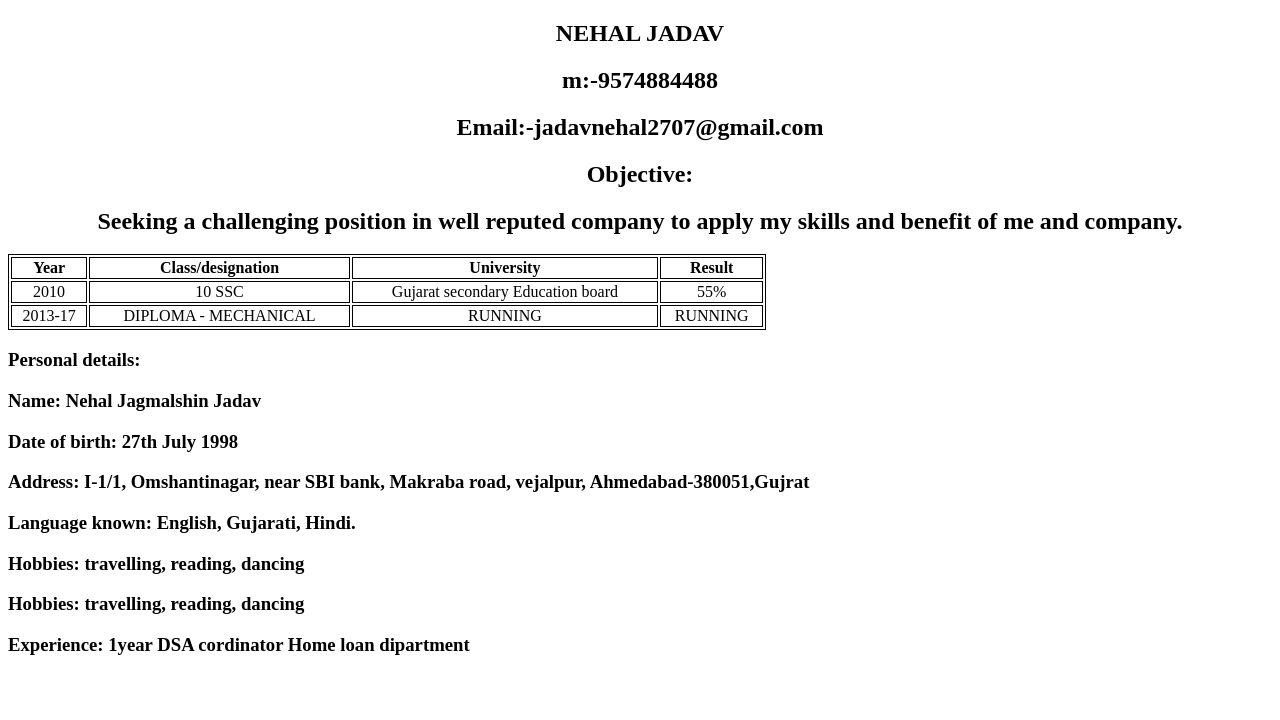
Repository: pratixa-chauhan/practice
Page: resume.html
These files come from the project's save history. The page is drawn as it stood at one moment and after the next save; the edit follows.
The browser window is 1280 px wide. The pictures show the whole page.

Above is the page before, as saved 2021-12-21 10:56:43.

### resume.html
<!DOCTYPE html>
<html><style>
    body {
      background-color: white;
    }

    h2 {
      color: black;
      text-align: center;
    }

    p {
      font-family: verdana;
      font-size: 20px;
    }
    </style>
    </head>
    <body>


    <h2>NEHAL JADAV</h2>
    <h2> m:-9574884488</h2>
    <h2>Email:-jadavnehal2707@gmail.com</h2>
    <tr>
    <h2>Objective:
    </h2>
    <h2> Seeking a challenging position in well reputed company to       apply my skills and benefit of me and company.</h2>
</tr>
    <style>
        table, th, td {
          border:1px solid black;text-align: center;
        }
        </style>
        <body>



        <table style="width:60% ">
          <tr>
            <th>Year</th>
            <th>Class/designation</th>
            <th>University</th>
            <th>Result</th>
          </tr>
          <tr>
            <td>2010</td>
            <td>10 SSC</td>
            <td>Gujarat secondary
                Education board</td>
                <td>55%</td>
          </tr>
          <tr>
            <td>2013-17</td>
            <td>DIPLOMA -
                MECHANICAL</td>
            <td>RUNNING</td>
            <td>RUNNING</td>
          </tr>

        </table>
        <h3>Personal details:
        </h3>
        <h3>Name: Nehal Jagmalshin Jadav
        </h3>
        <h3>Date of birth: 27th July 1998
        </h3>
        <h3>Address: I-1/1, Omshantinagar, near SBI bank, Makraba road, vejalpur, Ahmedabad-380051,Gujrat
        </h3>
        <h3>Language known: English, Gujarati, Hindi.
        </h3>
        <h3>Hobbies: travelling, reading, dancing
        </h3>
        <h3>Hobbies: travelling, reading, dancing
        </h3>
        <h3>Experience: 1year DSA cordinator Home loan dipartment
        </h3>




</html>

After the next save:
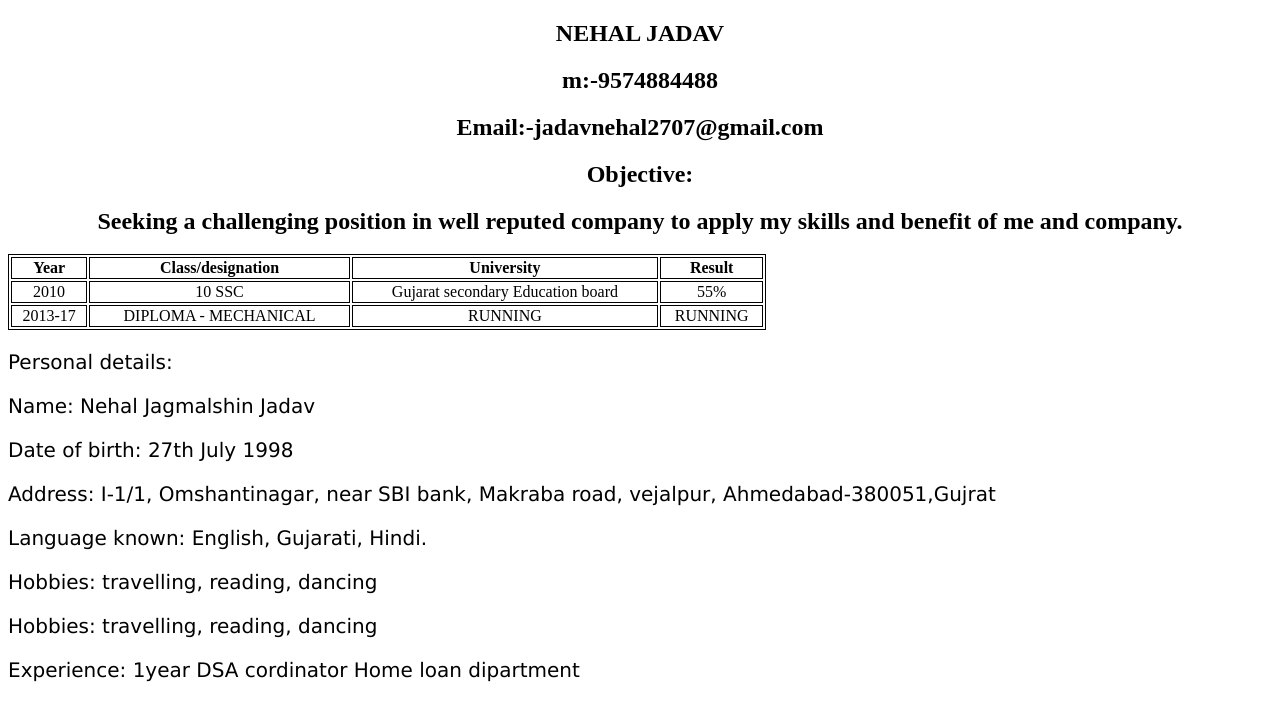
Saved 32 min 21 s later.
--- a/resume.html
+++ b/resume.html
@@ -58,22 +58,26 @@
           </tr>
 
         </table>
-        <h3>Personal details:
-        </h3>
-        <h3>Name: Nehal Jagmalshin Jadav
-        </h3>
-        <h3>Date of birth: 27th July 1998
-        </h3>
-        <h3>Address: I-1/1, Omshantinagar, near SBI bank, Makraba road, vejalpur, Ahmedabad-380051,Gujrat
-        </h3>
-        <h3>Language known: English, Gujarati, Hindi.
-        </h3>
-        <h3>Hobbies: travelling, reading, dancing
-        </h3>
-        <h3>Hobbies: travelling, reading, dancing
-        </h3>
-        <h3>Experience: 1year DSA cordinator Home loan dipartment
-        </h3>
+        <body>
+          <body>
+        <p>Personal details:
+        </p>
+        <p>Name: Nehal Jagmalshin Jadav
+        </p>
+        <p>Date of birth: 27th July 1998
+        </p>
+        <p>Address: I-1/1, Omshantinagar, near SBI bank, Makraba road, vejalpur, Ahmedabad-380051,Gujrat
+        </p>
+        <p>Language known: English, Gujarati, Hindi.
+        </p>
+        <p>Hobbies: travelling, reading, dancing
+        </p>
+        <p>Hobbies: travelling, reading, dancing
+        </p>
+        <p>Experience: 1year DSA cordinator Home loan dipartment
+        </p>
+        </body>
+        </body>
 
 
 
